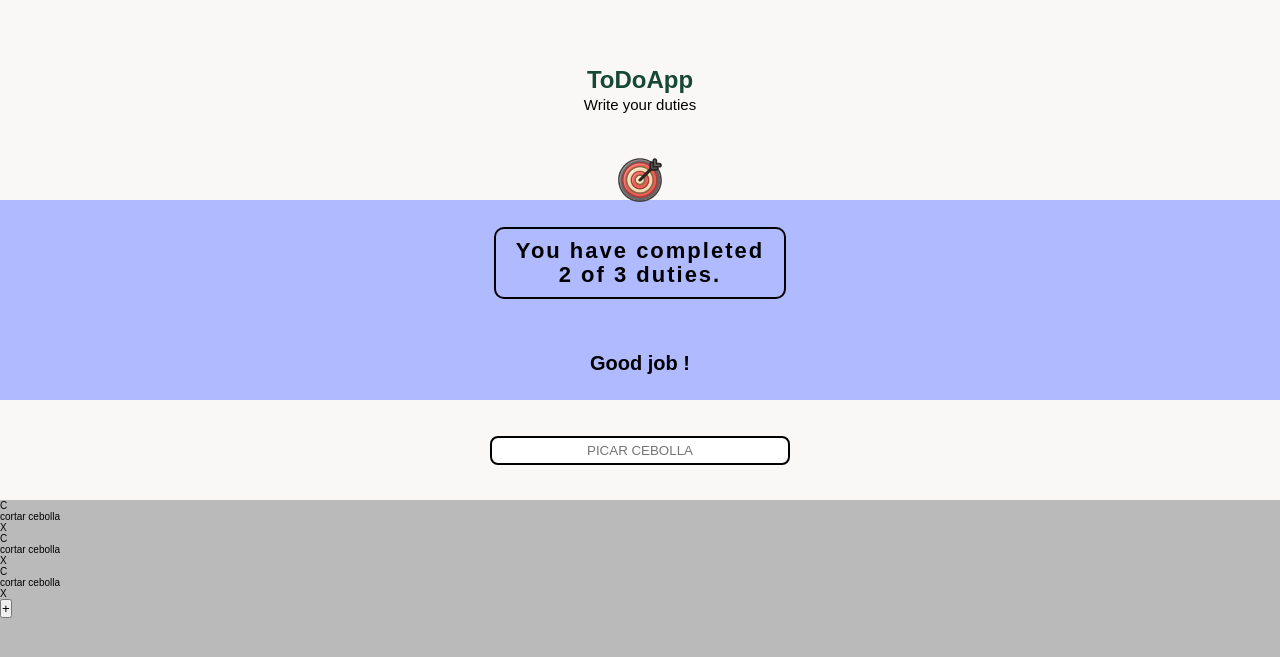
Repository: ChristianGecchelin/to-do-app
Page: /
These files come from the project's save history. The page is drawn as it stood at one moment and after the next save; the edit follows.
The browser window is 1280 px wide. The pictures show the whole page.
The project was rebuilt for these pictures with package versions that can differ from the ones it lists, and the page was loaded fresh each time.

Above is the page before, as saved 2022-01-12 15:06:45.

### src/index.js
import React from "react";
import ReactDOM from "react-dom";
import App from "./App";
//import { ChakraProvider } from "@chakra-ui/react";
import "./index.css";

ReactDOM.render(<App />, document.getElementById("root"));

### src/App.js
import { ToDoCounter } from "./ToDoCounter";
import { ToDoSearch } from "./ToDoSearch";
import { ToDoList } from "./ToDoList";
import { CreateToDoButton } from "./CreateToDoButton";
import { ToDoItem } from "./ToDoItem";
import { Header } from "./Header";
// import './App.css';

const todos = [
  { text: "cortar cebolla", completed: false },
  { text: "cortar cebolla", completed: false },
  { text: "cortar cebolla", completed: false },
];

function App() {
  return (
    <>
      <Header />
      <ToDoCounter />
      {<ToDoSearch />}
      <ToDoList>
        {todos.map((todo) => (
          <ToDoItem key={todo.text} text={todo.text} />
        ))}
      </ToDoList>

      <CreateToDoButton />
    </>
  );
}

export default App;

### src/index.css
* {
  box-sizing: border-box;
  margin: 0;
  padding: 0;
}
html {
  font-size: 62.5%;
  font-family: "DM Sans", sans-serif;
}
body {
  background: #bababa;
}

### src/ToDoCounter.js
import "./styles/ToDoCounter.css";
function ToDoCounter() {
  return (
    <section className="counter-container">
      <div className="title-card">
        <h2 className="counter-title">
          You have completed <br />2 of 3 duties.
        </h2>
      </div>
      {/* como podria cambiar ese br? */}
      <p className="counter-congrats">Good job !</p>
    </section>
  );
}
export { ToDoCounter };
/* Modificar que sea variable la cantidad de tareas completadas, que el good job cambie cuando llevo menos de la mitad de tareas completadas. */

### src/ToDoSearch.js
import "./styles/ToDoSearch.css";
function ToDoSearch() {
  return (
    <section className="search-container">
      <input className="search-input" placeholder="Picar cebolla"></input>
    </section>
  );
}
export { ToDoSearch };

### src/ToDoList.js
function ToDoList(props) {
  return (
    <section>
      <ul> {props.children}</ul>
    </section>
  );
}
export { ToDoList };

### src/CreateToDoButton.js
function CreateToDoButton() {
  return <button>+</button>;
}
export { CreateToDoButton };

### src/ToDoItem.js
function ToDoItem(props) {
  return (
    <li>
      <span>C</span>
      <p>{props.text}</p>
      <span>X</span>
    </li>
  );
}
export { ToDoItem };

### src/Header.js
import "./styles/header.css";
function Header() {
  return (
    <header>
      <h1>ToDoApp</h1>
      <h3>Write your duties</h3>
      <span></span>
    </header>
  );
}
export { Header };

### src/styles/ToDoCounter.css
.counter-container {
  display: flex;
  flex-direction: column;
  justify-content: space-around;
  align-items: center;
  width: 100%;
  min-width: 300px;
  height: 200px;
  margin: 0 auto;
  text-align: center;
  background: #b0bbff;
}
.title-card {
  border: 2px solid black;
  border-radius: 10px;
}
.counter-title {
  font-size: 2.2rem;
  font-weight: 700;
  line-height: 2.4rem;
  letter-spacing: 0.2rem;
  padding: 10px 20px;
}
.counter-congrats {
  font-size: 2rem;
  font-weight: 700;
  line-height: 2rem;
}

/* como funciona la especifidad en css en react? */

### src/styles/ToDoSearch.css
.search-container {
  display: flex;
  flex-direction: column;
  margin: 0 auto;
  justify-content: center;
  width: 100;
  min-width: 200px;
  height: 100px;
  text-align: center;
  background: #faf8f7;
}
.search-input {
  width: 60%;
  max-width: 300px;
  border: 2px solid black;
  border-radius: 8px;
  margin: 0 auto;
  text-align: center;
  padding: 5px 20px;
}
.search-input:focus {
  outline: none;
  border: 2px solid green;
  background: rgba(240, 239, 239, 0.7);
}
.search-input::placeholder {
  text-transform: uppercase;
}

### src/styles/header.css
header {
  position: relative;
  display: flex;
  flex-direction: column;
  justify-content: center;
  align-items: center;
  width: 100%;
  min-width: 320px;
  height: 200px;
  text-align: center;
  padding-bottom: 50px;
  background: #faf8f7;
}
header h1 {
  align-items: center;
  font-size: 2.4rem;
  font-weight: 700;
  line-height: 3rem;
  color: rgb(22, 71, 55);
  padding-top: 15px;
  padding-bottom: 5px;
  margin-top: 10px;
}
header h3 {
  align-items: center;
  font-size: 1.5rem;
  font-weight: 500;
  line-height: 1rem;
}
header span {
  position: absolute;
  top: 155px;
  background-image: url(../assets/header.svg);
  width: 50px;
  height: 50px;
  background-repeat: no-repeat;
  background-size: contain;
}
/*Falta completar con tipografias y colores, imagen span*/

Loaded but not shown: public/index.html (common file)

After the next save:
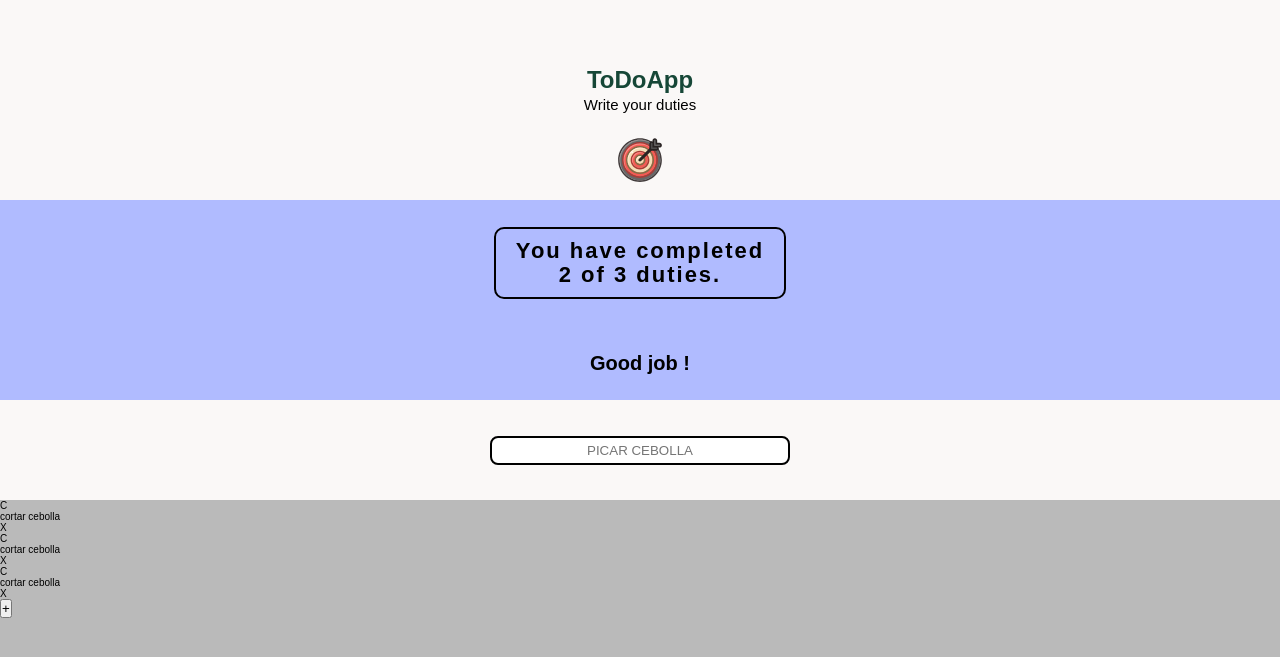
Saved 11 s later.
--- a/src/styles/header.css
+++ b/src/styles/header.css
@@ -29,7 +29,7 @@ header h3 {
 }
 header span {
   position: absolute;
-  top: 155px;
+  top: 135px;
   background-image: url(../assets/header.svg);
   width: 50px;
   height: 50px;
